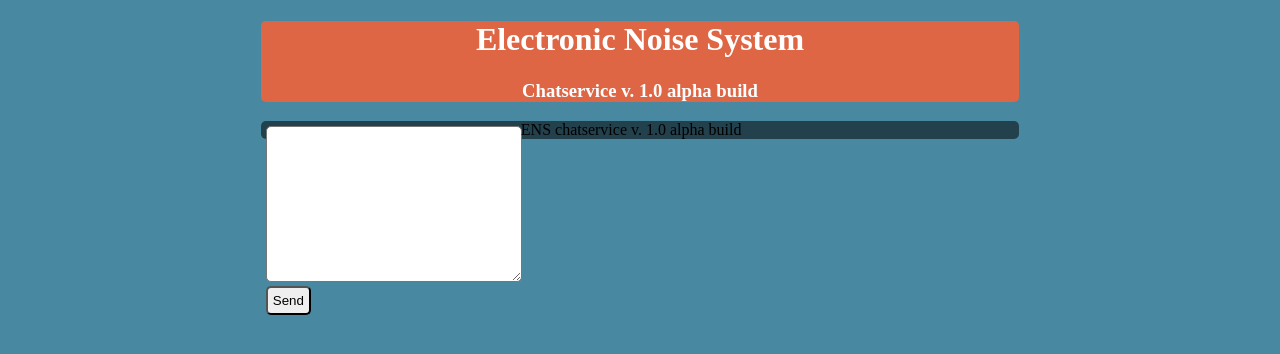
Repository: kn222gp/1dv403-laborationer
Page: 2-labbymezzage/index.html
The author's editor kept a record of every edit. The page is drawn from the files as they stood at one moment, then again after the next edit.
The browser window is 1280 px wide. The pictures show the whole page.

Above is the page before.
Console error: TypeError: Cannot read properties of null (reading 'addEventListener')

### 2-labbymezzage/index.html
<!DOCTYPE html>
<html lang="sv">
<head>
	<meta charset="UTF-8" />
 	<title>Labby Mezzage</title>
 	<link rel="stylesheet" href="style.css" type="text/css"/>

 	<script type="text/javascript" src="message.js"></script>
    <script type="text/javascript" src="messageBoard.js"></script>
</head>
<body>
    <header>
        <h1>Electronic Noise System</h1>
        <h3>Chatservice v. 1.0 alpha build</h3>
    </header>
    <main>
        <form>
            <textarea name="text" id="textarea" cols="30" rows="10"></textarea>
            <input type="submit" value="Send"/>
        </form>


        <footer>
            <p>ENS chatservice v. 1.0 alpha build</p>
        </footer>
    </main>
</body>
</html>

### 2-labbymezzage/style.css
body{
    background-color: #4889a1;
}

header{
    background-color: #de6645;
    color: white;
    margin-left: auto;
    margin-right: auto;
    text-align:center;
    border-radius: 5px;
    width:60%;
}



h1, h2, h3{
    text-align: center;
}

main{
    width: 60%;
    height: 100%;
    margin-left:auto;
    margin-right:auto;
    background-color: #22414d;
    border-radius: 5px;
}

form{
    float:left;
    width: 250px;
    padding: 5px;
}

section{
    float:left;
    border-radius: 5px;
    max-width: 800%;
    background-color: #de6645;
    padding:5px;
}

#textarea{
    width: 100%;
    max-width:250px;
    border-radius: 5px;

}

input{
    border-radius: 5px;
    padding: 5px;

}

### 2-labbymezzage/message.js
"use strict";

var Message = function (message, date){

    this.getText = function(){
        return message;
    };

    this.setText = function(_text){
        message = _text;
    };



    this.getDate = function(){
        return date;
    };

    this.setDate = function(_date){
        date = _date;
    };
};

Message.prototype.toString = function(){
  return this.getText() + " (" + this.getDate() + ")";
};

Message.prototype.getHTMLText = function(){
    return this.getText().replace(/[\n\r]/g, "<br/>");
};

Message.prototype.getDateText = function(){

    var Hours = this.getDate().getHours();
    var Minutes = this.getDate().getMinutes();
    var Seconds = this.getDate().getSeconds();

    return Hours + ":" + Minutes + ":" + Seconds;
};

### 2-labbymezzage/messageBoard.js
"use strict";

window.onload = function (){

    var messages = [];
    var areaText = document.getElementById("textarea");
    var send = document.getElementById("send");
    var messageObject = {};

    send.addEventListener("click", function(e){
        e.preventDefault();
        messageObject = new Message(areaText.value, new Date());
        messages.push(messageObject);       /* ".push" pushes the latest object into the last position in the array. */


/*    var enter = document.getElementById("textarea");
    enter.addEventListener("keydown", function(e) {

        if(e.keyCode === 13 && !e.shiftKey)
        {
            e.preventDefault();
            if(areaText.value !== "")
            {
                messageObject = new Message(areaText.value, new Date());
                messages.push(messageObject);

                renderMessage(messages.length-1);
            }

            else
            {
                console.log("ny rad asså.");
            }
        }
    }); */


        renderMessage(messages);
    });



    var renderMessage = function(){

        var messageSection = document.getElementById("messageSection");
        var text = document.createTextNode("p");

        messageSection.appendChild(text);


        for(var i = 0; i < messages.length; i+=1)
        {
            messageSection.innerHTML = messages[i];
        }


    };

};

After the next edit:
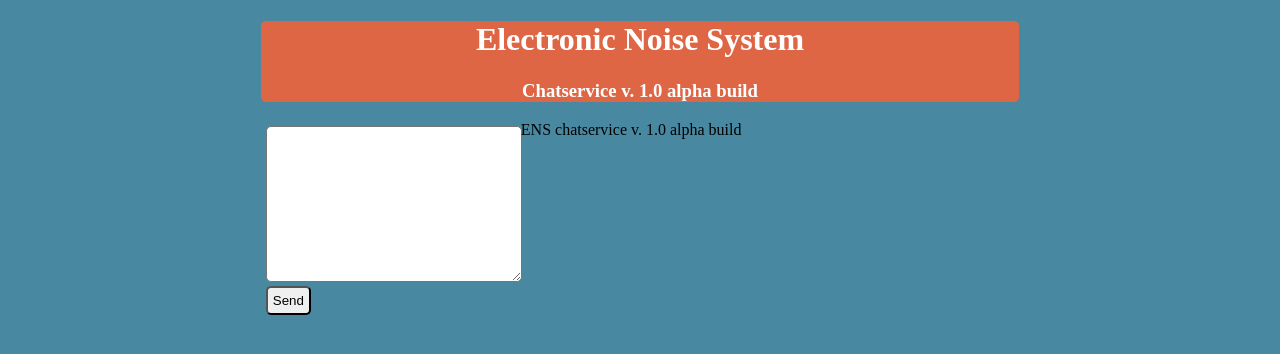
The edit:
--- a/2-labbymezzage/index.html
+++ b/2-labbymezzage/index.html
@@ -18,11 +18,10 @@
             <textarea name="text" id="textarea" cols="30" rows="10"></textarea>
             <input type="submit" value="Send"/>
         </form>
+    </main>
 
-
-        <footer>
-            <p>ENS chatservice v. 1.0 alpha build</p>
-        </footer>
-    </main>
+    <footer>
+        <p>ENS chatservice v. 1.0 alpha build</p>
+    </footer>
 </body>
 </html>
